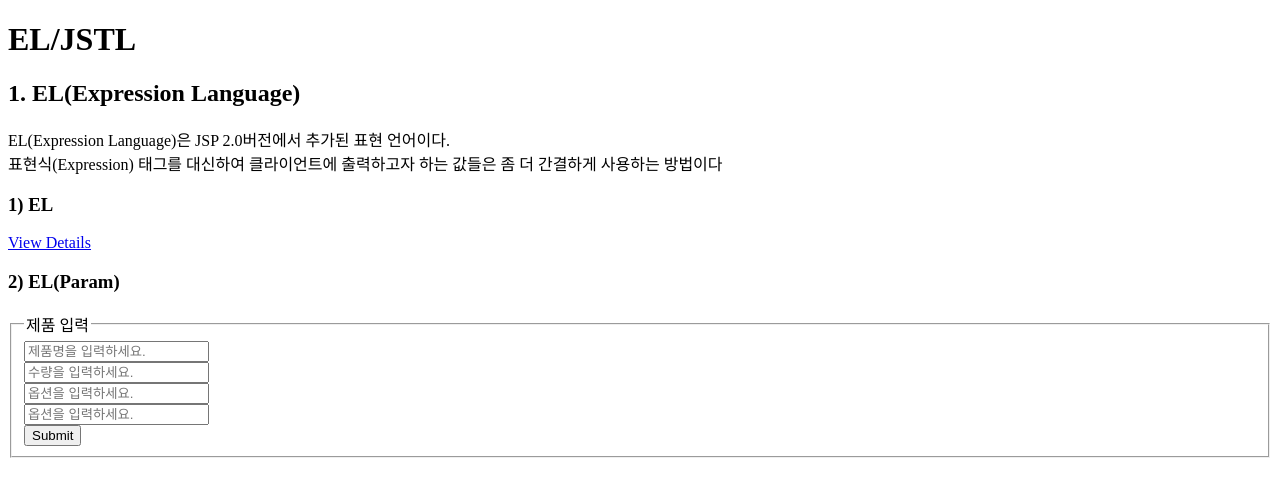
Repository: Parknogyung/Backend
Page: http://localhost/03_EL_JSTL/
The author's editor kept a copy of each file at every save. The page is drawn from the files as they stood at one save, then again after the next save.
The browser window is 1280 px wide. The pictures show the whole page.
The page is served by Tomcat 9.

Above is the page before, as saved 2022-07-12 02:47:23.

After the next save:
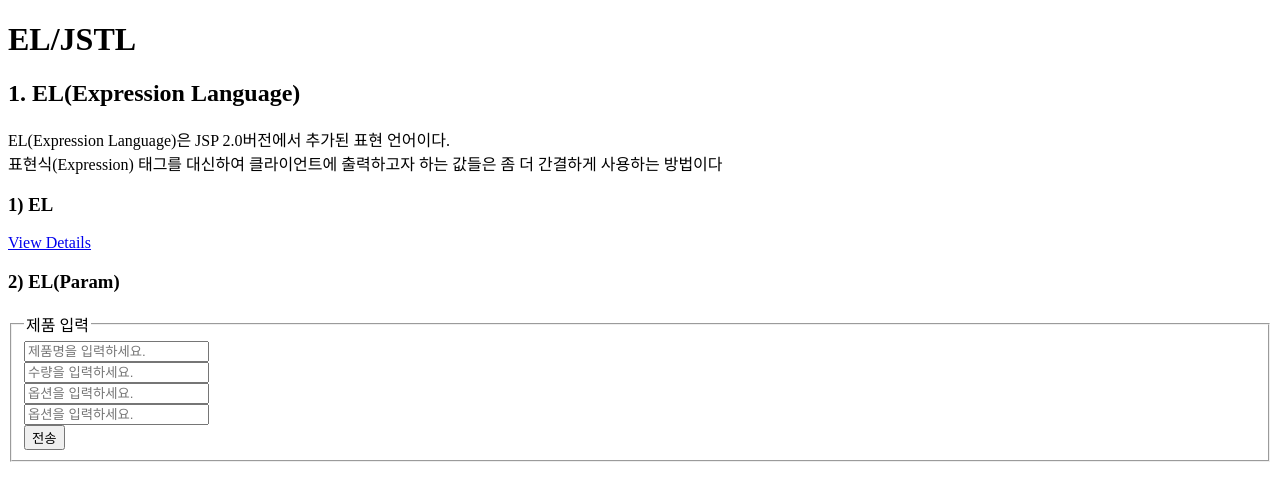
Saved 6 s later.
--- a/03_EL_JSTL/src/main/webapp/index.jsp
+++ b/03_EL_JSTL/src/main/webapp/index.jsp
@@ -28,7 +28,7 @@
 			<input type="text" name="option" placeholder="옵션을 입력하세요."> <br>
 			<input type="text" name="pName" placeholder="옵션을 입력하세요."> <br>
 
-			<input type="submit">
+			<input type="submit" value="전송">
 		</fieldset>
 	</form>
 </body>
